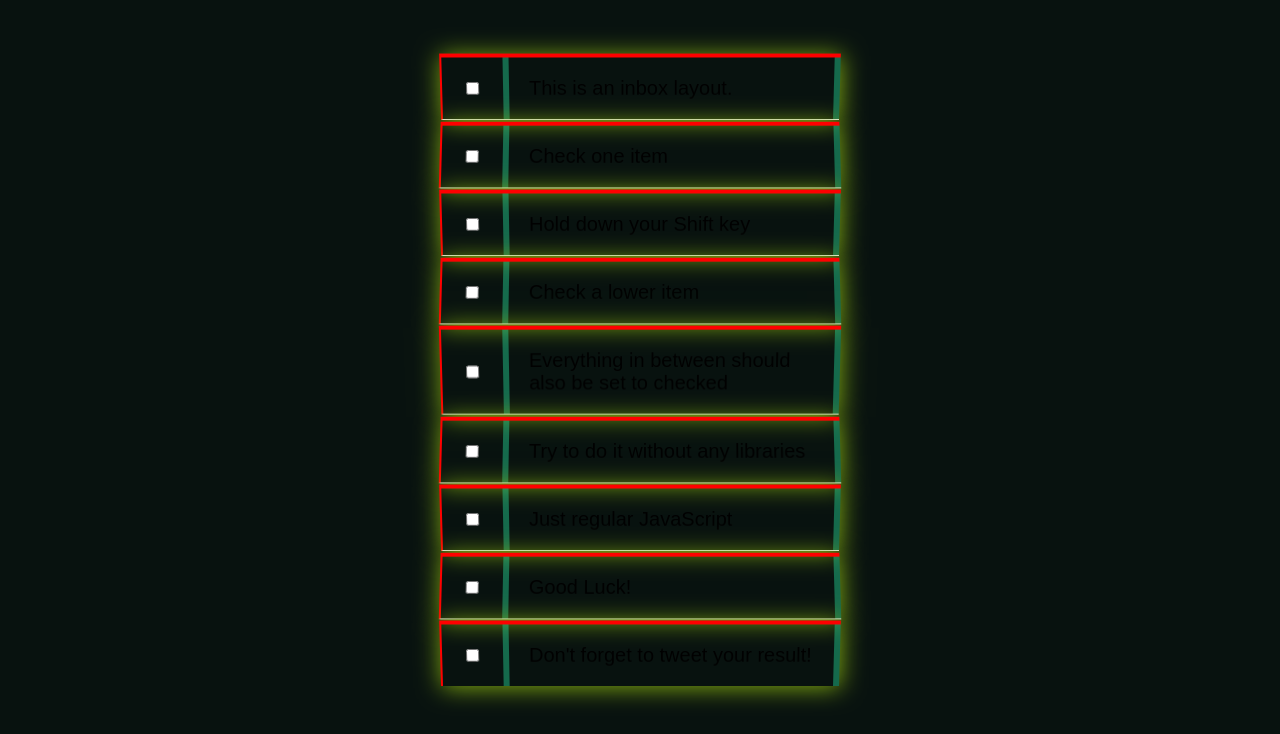
Repository: Freezler/Shift-Select-Checkboxes
Page: index.html
These files come from the project's save history. The page is drawn as it stood at one moment and after the next save; the edit follows.
The browser window is 1280 px wide. The pictures show the whole page.

Above is the page before, as saved 2024-09-07 22:41:30.

After the next save:
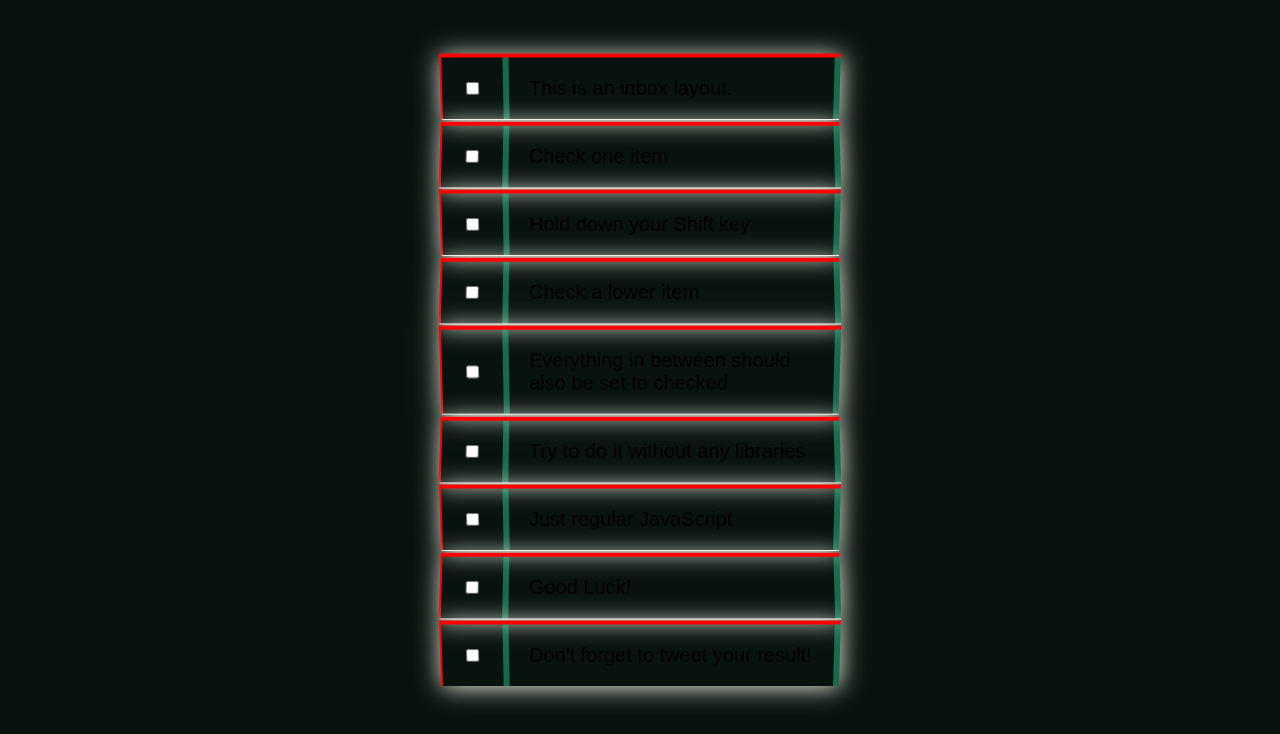
Saved 20 s later.
--- a/index.html
+++ b/index.html
@@ -31,7 +31,7 @@
       border-inline-start: 2px solid red;
       ;
       border-block-start: 4px solid red;
-      box-shadow: 1px 2px 24px rgba(135, 179, 16, 0.947);
+      box-shadow: 1px 2px 24px rgba(244, 249, 232, 0.947);
       border-bottom: 1px solid #F1F1F1;
     }
 
